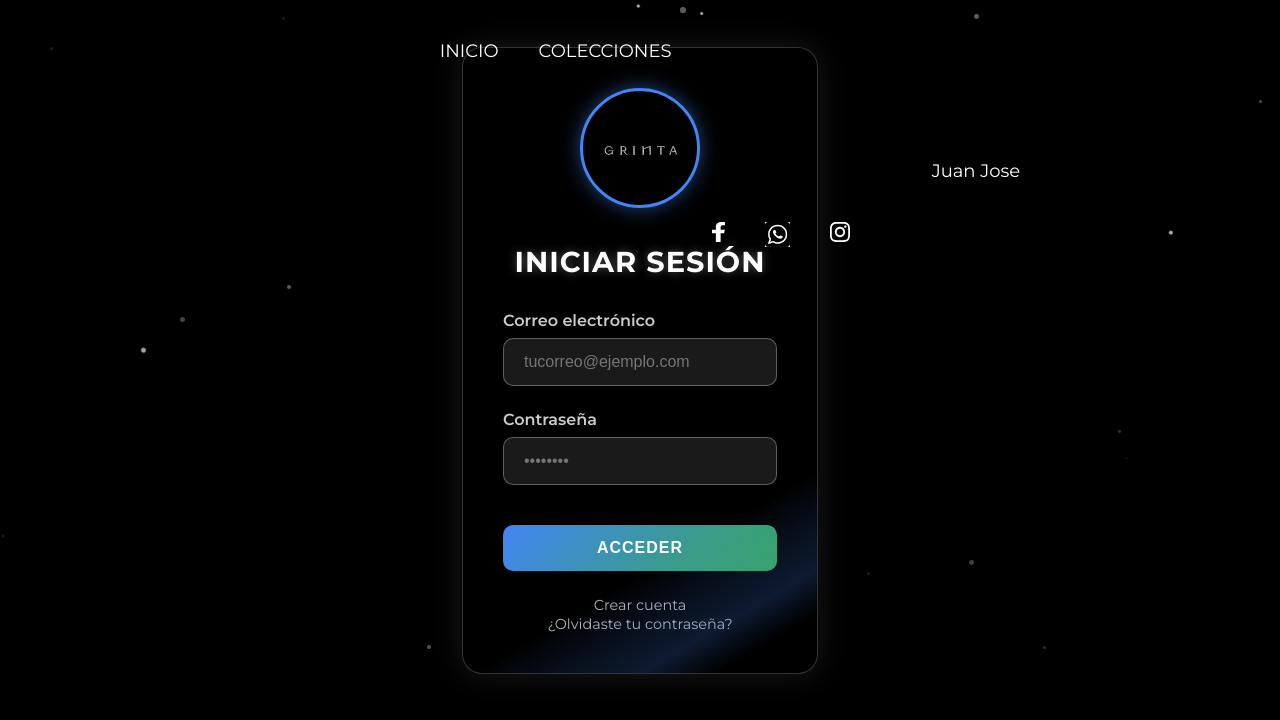
Repository: Juanho432381/GRINTA
Page: login.html
The author's editor kept a copy of each file at every save. The page is drawn from the files as they stood at one save, then again after a run of saves.
The browser window is 1280 px wide. The pictures show the whole page.

Above is the page before, as saved 2025-07-24 15:05:23.

After the next 2 saves:
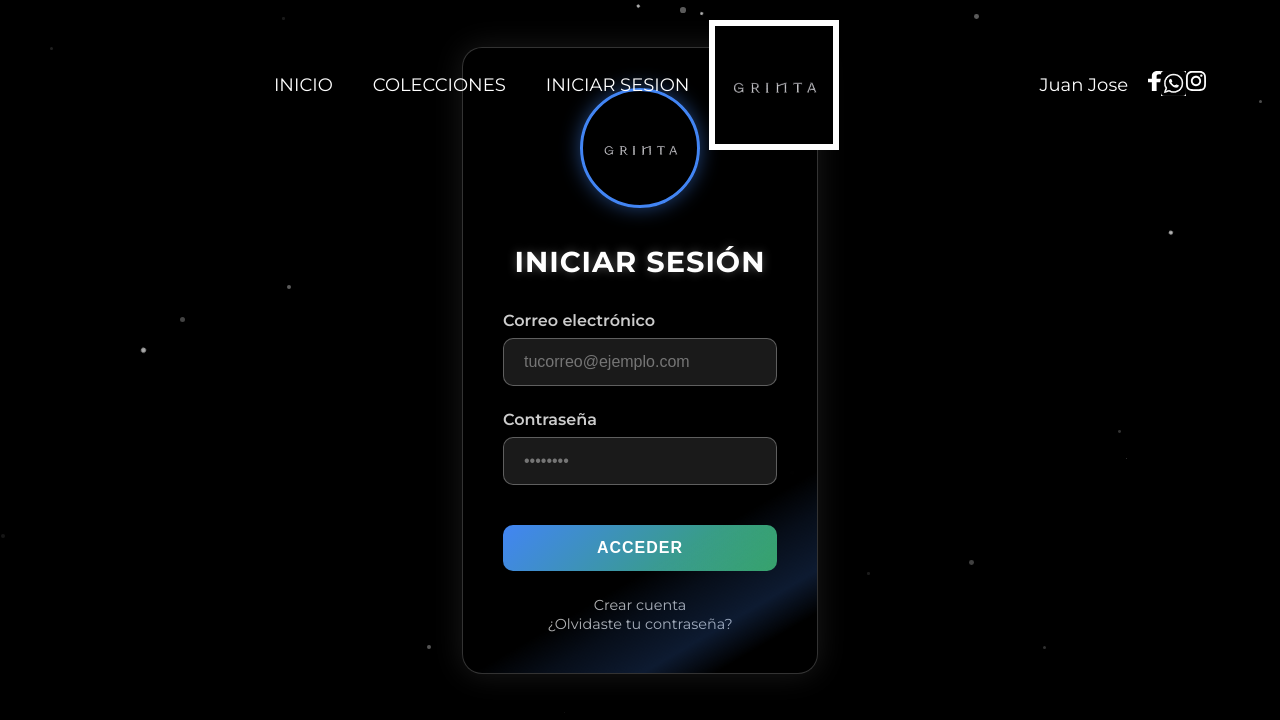
The 2 saves are shown as one change because they came seconds apart.
The last was saved 5 s later.
--- a/login.html
+++ b/login.html
@@ -23,7 +23,7 @@
                 <ul>
                     <li><a href="index.html">INICIO</a></li>
                     <li><a href="#">COLECCIONES</a></li>
-                    <li><a href=">INICIAR SESION</a></li>
+                    <li><a href="login.">INICIAR SESION</a></li>
                 </ul>
             </div>
 
